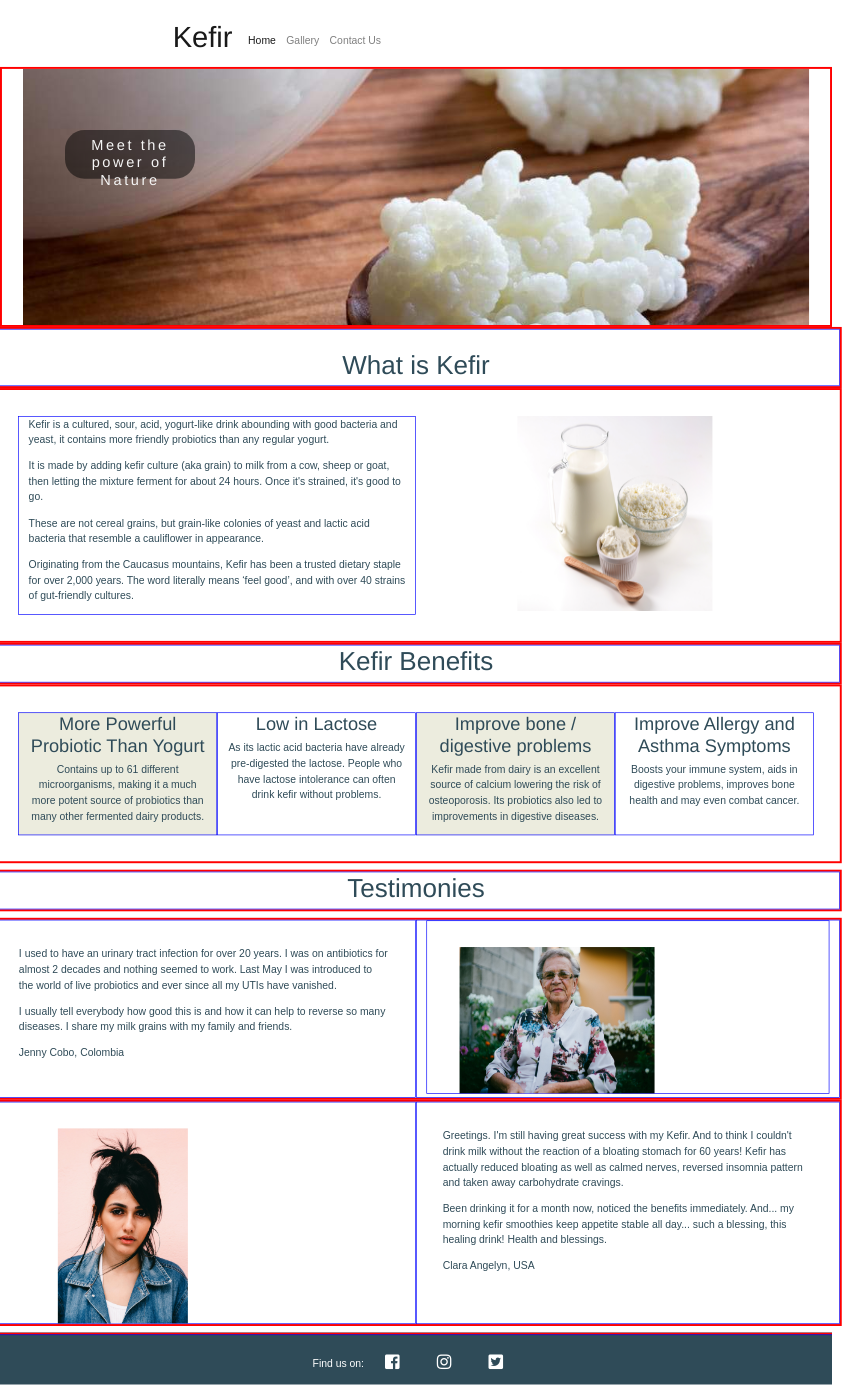
Repository: Code-Institute-Submissions/andna5980-kefir-repo_JuneResub
Page: index.html
The author's editor kept a copy of each file at every save. The page is drawn from the files as they stood at one save, then again after the next save.
The browser window is 1280 px wide. The page is 1295 px wide, so the pictures cover 1295 px, including what lies to the right of the window. The pictures show the whole page, at 65% of full size.
Some web fonts or font styles are not loaded; a fallback is used. Some web libraries are served in a nearby version.

Above is the page before, as saved 2021-03-02 01:26:19.

### index.html
<!DOCTYPE html>
<html lang="en-US">

<head>
  <meta charset="UTF-8">
  <meta name="viewport" content="width=device-width, initial-scale=1.0">
  <meta name="author" content="Andres Navarrete">
  <meta name="description"
    content="Kefir, meet the power of nature. Bring the right knowledge and the best recipes from mother nature">
  <meta name="keywords" content="Kefir, recipes, natural-products, home-made, organic, healthy">
  <title>KEFIR | MEET THE POWER OF NATURE</title>
  <link rel="stylesheet" href="https://cdn.jsdelivr.net/npm/bootstrap@4.5.3/dist/css/bootstrap.min.css"
    integrity="sha384-TX8t27EcRE3e/ihU7zmQxVncDAy5uIKz4rEkgIXeMed4M0jlfIDPvg6uqKI2xXr2" crossorigin="anonymous">
  <link rel="stylesheet" href="https://use.fontawesome.com/releases/v5.6.3/css/all.css"
    integrity="sha384-UHRtZLI+pbxtHCWp1t77Bi1L4ZtiqrqD80Kn4Z8NTSRyMA2Fd33n5dQ8lWUE00s/" crossorigin="anonymous">
  <link href="./assets/styles/style.css" rel="stylesheet">
</head>

<body>
  <!--------------------Main-Header-------------------------------------->
  <header>
    <nav class="navbar navbar-expand-md navbar-light">
      <a class="navbar-brand" href="#">Kefir</a>
      <button class="navbar-toggler" type="button" data-toggle="collapse" data-target="#navbarNav"
        aria-controls="navbarNav" aria-expanded="false" aria-label="Toggle navigation">
        <span class="navbar-toggler-icon"></span>
      </button>
      <div class="collapse navbar-collapse" id="navbarNav">
        <ul class="navbar-nav">
          <li class="nav-item active">
            <a class="nav-link" href="#">Home <span class="sr-only">(current)</span></a>
          </li>
          <li class="nav-item">
            <a class="nav-link" href="#">Gallery</a>
          </li>
          <li class="nav-item">
            <a class="nav-link" href="#">Contact Us</a>
          </li>

        </ul>
      </div>
    </nav>
  </header>

  <!--------------------Hero-IMAGE--------------------- ----------------->

  <div class="test-red container-hero">
    <div class="hero-image col-12"></div>
    <div class="cover-text">
      <h2>Meet the power of Nature</h2>
    </div>

  </div>


  <!--------------------What-is-kefir-------------------------------------->

  <section>
    <div class="test-red row">
      <div class="welcome-text test-blue col-12">
        <h1>What is Kefir</h1>
      </div>
    </div>

    <div class="kefir-description test-red row">
      <div class="test-blue col-12 col-sm-6 ">
        <p>Kefir is a cultured, sour, acid, yogurt-like drink abounding with good bacteria and yeast, it contains
          more friendly probiotics than any regular yogurt.</p>
        <p>It is made by adding kefir culture (aka grain) to milk from a cow, sheep or goat, then letting the
          mixture ferment for about 24 hours. Once it's strained, it's good to go.</p>
        <p>These are not cereal grains, but grain-like colonies of yeast and lactic acid bacteria that resemble a
          cauliflower in appearance.</p>
        <p>Originating from the Caucasus mountains, Kefir has been a trusted dietary staple for over 2,000 years.
          The word literally means ‘feel good’, and with over 40 strains of gut-friendly cultures.</p>
      </div>

      <div class="col-12 col-sm-6 ">
        <div class="kefir-description-image">
          <img src="./assets/images/milk-products-dairy.jpg" alt="diferent-kefir-derivates" height="300" width="300">
        </div>
      </div>
    </div>

  </section>


  <!--------------------Kefir-benefits-------------------------------------->

  <section class="benefits-title">
    <div class="test-red row ">
      <div class=" test-blue col-12">
        <h1>Kefir Benefits</h1>
      </div>
    </div>

    <div class="test-red row benefits-row">
      <div class="test-blue benefits-box1 col-12 col-sm-6 col-md-3">
        <h3>More Powerful Probiotic Than Yogurt</h3>
        <p>Contains up to 61 different microorganisms, making it a much
          more potent source of probiotics than many other fermented dairy products.
        </p>
      </div>
      <div class="test-blue benefits-box col-12 col-sm-6 col-md-3">
        <h3>Low in Lactose </h3>
        <p>As its lactic
          acid bacteria have already pre-digested the lactose. People who have lactose
          intolerance can often drink kefir without problems.
        </p>

      </div>
      <div class="test-blue benefits-box1 col-12 col-sm-6 col-md-3">
        <h3>Improve bone / digestive problems </h3>
        <p>Kefir made from dairy is an excellent source of calcium lowering the risk of osteoporosis. Its probiotics
          also led to improvements in digestive diseases.
        </p>
      </div>
      <div class="test-blue benefits-box col-12 col-sm-6 col-md-3">
        <h3>Improve Allergy and Asthma Symptoms</h3>
        <p>Boosts your immune system, aids in digestive problems, improves bone health and may even combat cancer.
        </p>
      </div>
    </div>
  </section>

  <!--------------------Testimonies-------------------------------------->

  <section>
    <div class="testimonies-title test-red row">
      <div class=" test-blue col-12">
        <h1>Testimonies</h1>
      </div>
    </div>

    <div class=" test-red row">
      <div class="test-blue testimony-box col-12 col-sm-6">
        <p>I used to have an urinary tract infection for over 20 years. I was on antibiotics for almost 2 decades and
          nothing seemed to work. Last May I was introduced to the world of live probiotics and ever since all my
          UTIs have vanished.</p>
        <p>I usually tell everybody how good this is and how it can help to reverse so many diseases. I share my
          milk grains with my family and friends.</p>
        <p>Jenny Cobo, Colombia</p>
      </div>

      <div class="test-blue col-12 col-sm-6">
        <div class="test-blue testimony-image1">
          <img src="./assets/images/damir-bosnjak-VQ2L7t5qt_8-unsplash-min.jpg" alt="old-woman" height="225"
            width="300">
        </div>
      </div>
    </div>

    <div class="test-red row flex-column-reverse flex-sm-row ">
      <div class="test-blue testimony-image2 col-12 col-sm-6 col.order-1.order-xs-2">
        <img src="./assets/images/matheus-ferrero-W7b3eDUb_2I-unsplash.jpg" alt="young-woman" height="300">
      </div>

      <div class="test-blue testimony-box col-12 col-sm-6 ">
        <p>Greetings. I'm still having great success with my Kefir. And to think I couldn't drink milk without the
          reaction of a bloating stomach for 60 years! Kefir has actually reduced bloating as well as calmed
          nerves, reversed insomnia pattern and taken away carbohydrate cravings.</p>
        <p> Been drinking it for a month now, noticed the benefits immediately. And... my morning kefir smoothies
          keep appetite stable all day... such a blessing, this healing drink! Health and blessings.</p>
        <p>Clara Angelyn, USA</p>
      </div>

    </div>
  </section>

</body>

<footer>
  <div class="test-red row">
    <div class="test-blue col-12 social-networks">
      <span>Find us on:</span>
      <a href="http://facebook.com" target="_blank"><i class="fab fa-facebook-square"></i></a>

      <a href="http://instagram.com" target="_blank"><i class="fab fa-instagram"></i></a>

      <a href="http://twitter.com" target="_blank"><i class="fab fa-twitter-square"></i></a>
    </div>
  </div>
</footer>



<script src="https://code.jquery.com/jquery-3.2.1.slim.min.js"
  integrity="sha384-KJ3o2DKtIkvYIK3UENzmM7KCkRr/rE9/Qpg6aAZGJwFDMVNA/GpGFF93hXpG5KkN" crossorigin="anonymous"></script>
<script src="https://cdnjs.cloudflare.com/ajax/libs/popper.js/1.12.9/umd/popper.min.js"
  integrity="sha384-ApNbgh9B+Y1QKtv3Rn7W3mgPxhU9K/ScQsAP7hUibX39j7fakFPskvXusvfa0b4Q" crossorigin="anonymous"></script>
<script src="https://maxcdn.bootstrapcdn.com/bootstrap/4.0.0/js/bootstrap.min.js"
  integrity="sha384-JZR6Spejh4U02d8jOt6vLEHfe/JQGiRRSQQxSfFWpi1MquVdAyjUar5+76PVCmYl" crossorigin="anonymous"></script>

</html>

### assets/styles/style.css
@import url('https://fonts.googleapis.com/css2?family=Amatic+SC&family=Caveat+Brush&display=swap');

/*.container {
    margin: 15px;
}
*/

body {
    font-family: Arial, Helvetica, sans-serif;
    color: #2F4B58;
    max-width: 1950px;
}

h1, h2, h3 {
    font-family:  Caveat Brush, Helvetica, sans-serif;
    color: #2F4B58;
}


/*----------------------BORDER ROWS AND COLUMNS----------*/

.test-red {
    border: 3px solid red
}

.test-blue {
    border:1px solid blue
}


/*-----------------------Header ----------*/

.navbar-brand {
    float: left;
    color: #2F4B58;
    font-family:  Caveat Brush, Helvetica, sans-serif;
    font-size: 280%;
    margin-left: 20%;
    margin-top: 10px;
}

.navbar-nav {
    float: right;
}

.navbar-nav li a{
    margin-top: 20px;
    color: #2F4B58;
}


.navbar-toggler {
    border: 2px solid #2F4B58;
    color: #2F4B58;
}

/*
.navbar-toggler.icon{

}
*/


/*-----------------------Hero-image ----------*/

.container-hero {
    height: 400px;
    overflow: hidden;
}

.hero-image {
    height: 400px;
    width: 110%;
    background: url(../images/milk-kefir-grains-spoon_1024x1024.jpg) no-repeat center;
    animation-name: hero-zoom;
    animation-duration: 4s;
    animation-fill-mode: forwards;
}

.cover-text h2{
    color: whitesmoke;
    font-size: 140%;
    letter-spacing: 4px;
    text-align: center;



    width: 200px;
    height: 75px;

    padding-top: 10px;

    background-color: rgba(0, 0, 0, .5);
    border-radius: 30px;

    top: 200px;
    left: 100px;

    position: absolute;
}




/*------Animation of the Hero image-------*/

@keyframes hero-zoom {
    from{
        transform: scale(1);
    }
    to{
        transform: scale(1.2);
    }
}

/*-----------------------What-is-kefir-are----------*/

.welcome-text {
    text-align: center;
    margin: 25px, 0;
    padding-top: 30px;
}

.kefir-description{
    padding: 40px;
}

.kefir-description-image {
    /* background-size: 600px; */
    text-align: center;
}


/*-----------------------kefir-benefits-area----------*/

.benefits-title {
    text-align: center;
    margin: 40px, 0;

}

.benefits-row {
    padding: 40px;
    color: #2F4B58;

}

.benefits-box1 {
    background-color: #ECECDE;
}




/*-----------------------testimonies----------*/
.testimonies-title {
    text-align: center;
    margin: 25px, 0;
    margin-top: 10px;
    margin-bottom: 10px;
}

.testimony-image1 {
   padding-top: 40px;
   padding-left: 50px;
}

.testimony-image2 {
    padding-top: 40px;
    padding-left: 100px;
 }


.testimony-box {
    padding: 40px;
}


/*-----------------------footer----------*/

footer {
    height: 80px;
    width: 100%;
    background-color: #2F4B58;
    overflow: hidden;
    margin-top: 10px;

}

.social-networks {
    text-align: center;
    margin-right: 20px;
}

.social-networks a {
    color: white;
    display: inline-block;

    margin: 1px;
    padding: 2%;

    transition: all 0.35s ease-in-out;
    -moz-transition: all 0.35s ease-in-out;
    -webkit-transition: all 0.35s ease-in-out;
    -o-transition: all 0.35s ease-in-out;
}

.social-networks a i:hover {
    color: black;
}

.social-networks i {
    font-size: 160%;
    margin: 1%;
    padding: 5%;
    color: white;
  }

  .social-networks span {
    color: white;
}

After the next save:
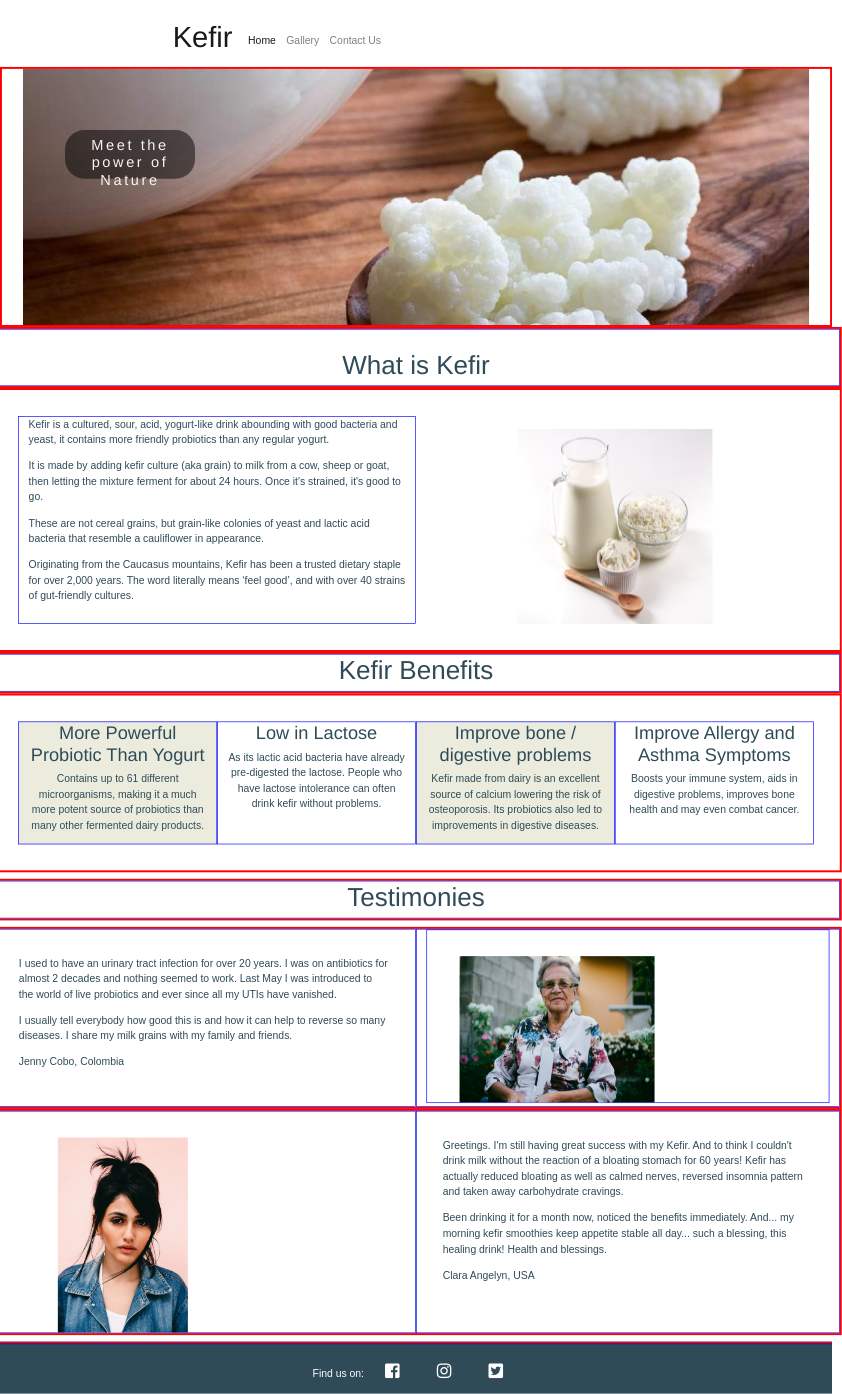
Saved 62 s later.
--- a/assets/styles/style.css
+++ b/assets/styles/style.css
@@ -126,7 +126,7 @@ h1, h2, h3 {
 }
 
 .kefir-description-image {
-    /* background-size: 600px; */
+    padding-top: 20px;
     text-align: center;
 }
 
